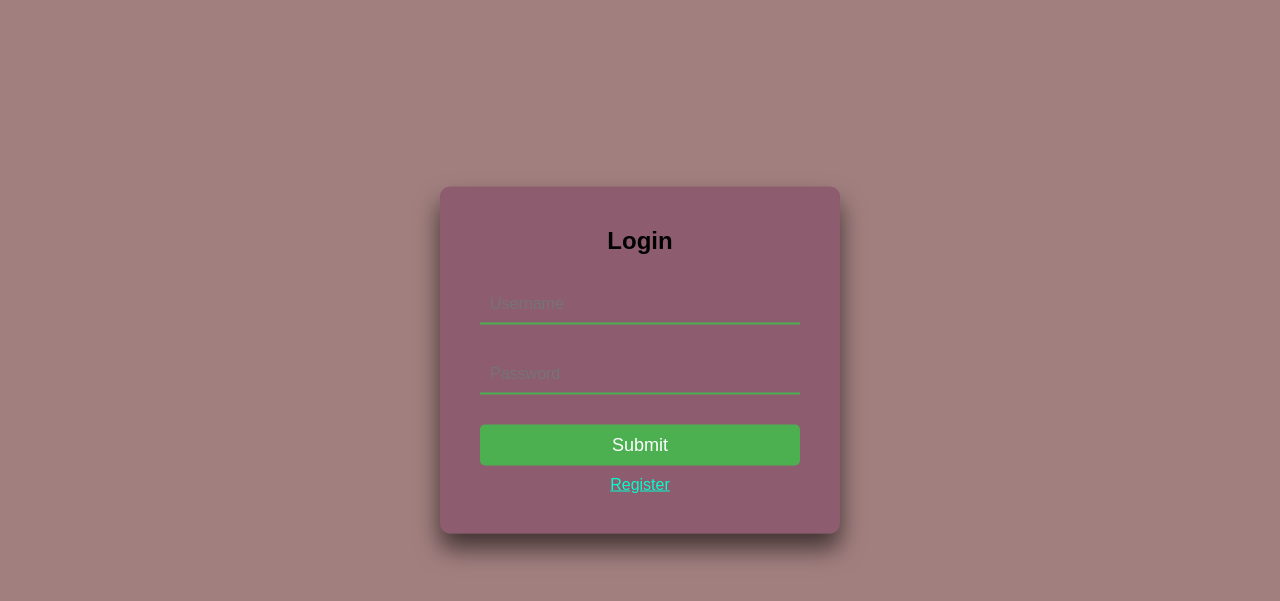
Repository: SRBshakib/Safe-Food---DBMS-project
Page: Organaization/login.html
The author's editor kept a copy of each file at every save. The page is drawn from the files as they stood at one save, then again after the next save.
The browser window is 1280 px wide. The pictures show the whole page.

Above is the page before, as saved 2024-11-10 21:56:02.

After the next save:
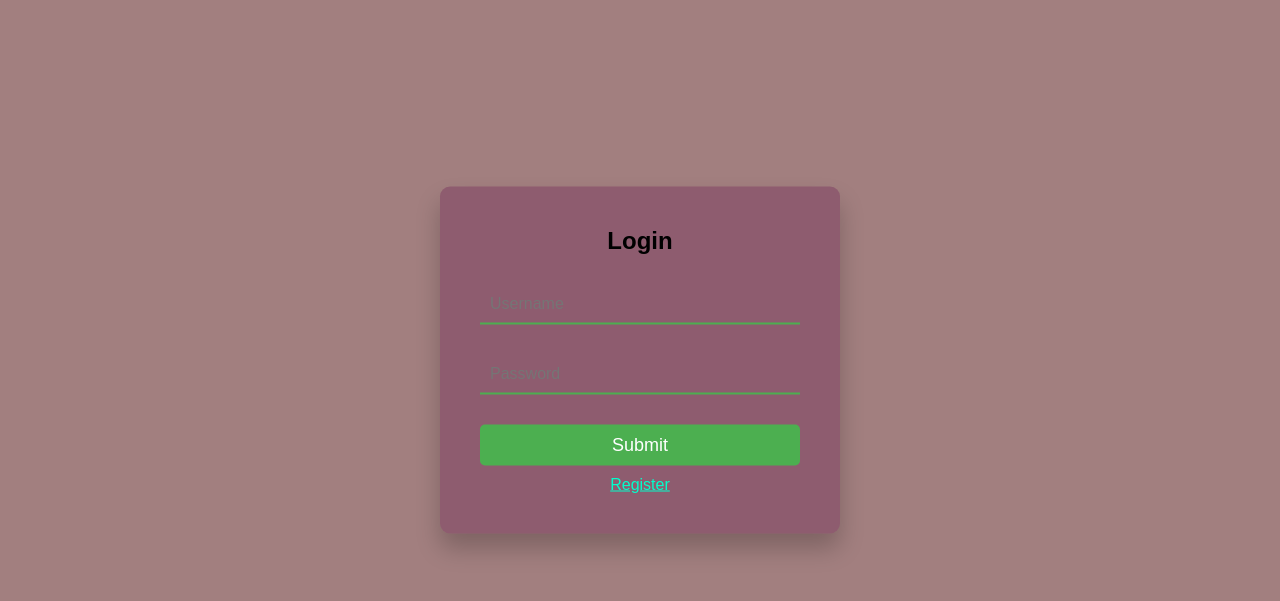
Saved 21 s later.
--- a/Organaization/style_login.css
+++ b/Organaization/style_login.css
@@ -24,7 +24,7 @@ body {
     padding: 40px;
     transform: translate(-50%, -50%);
     background: rgba(94, 7, 72, 0.281);
-    box-shadow: 0 15px 25px rgba(0, 0, 0, 0.6);
+    box-shadow: 0 15px 25px rgba(0, 0, 0, 0.219);
     border-radius: 10px;
     text-align: center;
 }
